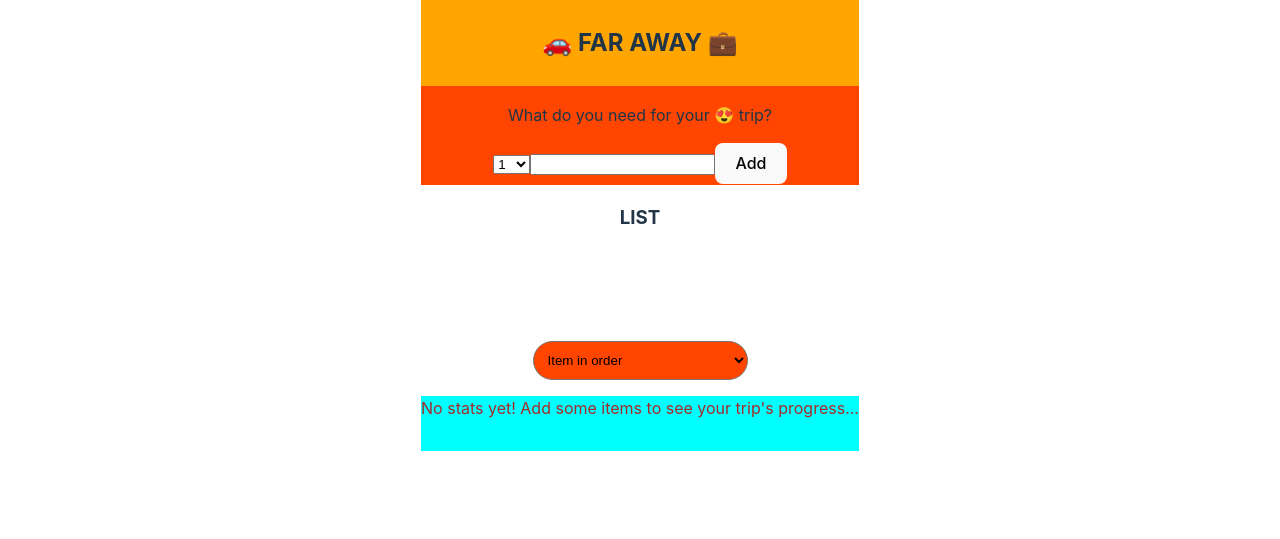
Repository: Celebration-cloud/Trip-Add-To-List
Page: /
These files come from the project's save history. The page is drawn as it stood at one moment and after the next save; the edit follows.
The browser window is 1280 px wide. The pictures show the whole page.
The project was rebuilt for these pictures with package versions that can differ from the ones it lists, and the page was loaded fresh each time. Also part of the build but not shown: vite.config.js.

Above is the page before, as saved 2023-10-29 16:10:50.

### src/App.jsx
import './App.css'
import TripList from './Trip-List/TripList'

function App() {

  return (
    <>
    <TripList/>
    </>
  )
}

export default App

### src/App.css
#root {
  margin: 0;
  padding: 0;
  text-align: center;
}

.logo {
  height: 6em;
  padding: 1.5em;
  will-change: filter;
  transition: filter 300ms;
}
.logo:hover {
  filter: drop-shadow(0 0 2em #646cffaa);
}
.logo.react:hover {
  filter: drop-shadow(0 0 2em #61dafbaa);
}

@keyframes logo-spin {
  from {
    transform: rotate(0deg);
  }
  to {
    transform: rotate(360deg);
  }
}

@media (prefers-reduced-motion: no-preference) {
  a:nth-of-type(2) .logo {
    animation: logo-spin infinite 20s linear;
  }
}

.card {
  padding: 2em;
}

.read-the-docs {
  color: #888;
}

### src/Trip-List/TripList.jsx
/* eslint-disable react/no-unescaped-entities */
/* eslint-disable react/prop-types */
import { useState } from "react";

function TripList() {
  const [addItem, setAddItem] = useState([]);

  const handleAddItem = (item) => {
    setAddItem((items) => [...items, item]);
  };
  const handleRemoveItem = (id) =>{
    setAddItem(items => items.filter(p => p.id !== id))
  }
  const handleChecked = (id) => {
    setAddItem(items => items.map(item => item.id === id ? {...item, packed: !item.packed} : item));
  };
  return (
    <div>
      <TripHead/>
      <TripForm handleAddItem={handleAddItem}/>
      <TripListForm addItem={addItem} remove={handleRemoveItem} check={handleChecked}/>
      <TripStats stats={addItem}/>
    </div>
  )
}

export default TripList

function TripHead() {
  return (
    <div style={{backgroundColor: "orange", padding: "5px"}}>
      <h2 style={{fontFamily: "inherit"}}>🚗 FAR AWAY 💼</h2>
    </div>
  )
}

function TripForm({handleAddItem}) {
  const [item, setItem] = useState({description: "", quantity: 1})

  const handleSubmit = (e) =>{
    e.preventDefault();
    if (!item.description) return;

    const newItem = {
      des: item.description,
      amount: item.quantity,
      packed: false,
      id: Date.now(),
    };

    handleAddItem(newItem);
    setItem({ description: "", quantity: 1 });
  }
  const handleInput = (e) =>{
    setItem(prev => ({...prev, description: e.target.value}))
  }
  const handleOption = (e) =>{
    setItem(prevState => ({...prevState,quantity: Number(e.target.value)}))
  }
  return (
    <div style={{ backgroundColor: "orangered", padding: "1px" }}>
      <form onSubmit={handleSubmit}>
        <span>
          <p>What do you need for your 😍 trip?</p>
          <select onChange={handleOption} value={item.quantity}>
            {Array.from({ length: 10 }, (_, i) => i + 1).map((num) => (
              <option value={num} key={num}>
                {num}
              </option>
            ))}
          </select>
          <input onChange={handleInput} value={item.description}></input>
          <button type="submit">Add</button>
        </span>
      </form>
    </div>
  );
}

function TripListForm({addItem, remove, check}) {
  const [sort, setSort] = useState("input")
  const sortingBy = (e) => {
    setSort(e.target.value);
  };
  let sorting;
  if (sort === "input") sorting = addItem;
  if (sort === "checked")
    sorting = addItem.slice().sort((a, b) => a.des.localeCompare(b.des));
  if (sort === "order")
    sorting = addItem
      .slice()
      .sort((a, b) => Number(a.packed) - Number(b.packed));

  return (
    <>
      <h3>LIST</h3>
      <ul style={{ listStyleType: "none" }}>
        <li>
          {sorting?.map((item) => (
            <>
              <input
                type="checkbox"
                value={item.packed}
                onChange={() => check(item.id)}
              />
              <span
                key={item.id}
                style={item.packed ? { textDecoration: "line-through" } : {}}
              >
                {item.amount}-{item.des}
              </span>
              <button onClick={() => remove(item.id)}>
                🚩
              </button>
            </>
          ))}
        </li>
      </ul>
      <div>
        <select onChange={sortingBy} value={sort} style={{padding: "10px 100px 10px 10px", marginTop: "90px", backgroundColor: "orangered", borderRadius: "20px"}}>
          <option value="input" style={{marginRight: "5px", backgroundColor: "brown" }}>Item in order</option>
          <option value="checked" style={{marginRight: "5px"}}>Checked Item</option>
          <option value="order" style={{marginRight: "5px"}}>Split Item</option>
        </select>
      </div>
    </>
  );
}

function TripStats({stats}) {
  if(!stats.length)
  return (
    <footer
      style={{
        backgroundColor: "aqua",
        color: "brown",
        bottom: "0%",
        height: "55px",
        width: "100%",
      }}
    >
      <p>No stats yet! Add some items to see your trip's progress...</p>
    </footer>
  );
  const total = stats.length
  const packed= stats.filter(items => items.packed).length
  const percent = Math.round((packed / total) * 100)
  return (
    <>
      {percent === 100 ? (
        <footer
          style={{
            backgroundColor: "aqua",
            color: "brown",
            bottom: "0%",
            height: "55px",
            width: "100%",
          }}
        >
          <p>You have Completed the List✈</p>
        </footer>
      ) : (
        <footer
          style={{
            backgroundColor: "aqua",
            color: "brown",
            bottom: "0%",
            height: "30px",
            width: "100%",
          }}
        >
          <p>
            You have {total} items on your list, and already packed {packed} (
            {percent}%)
          </p>
        </footer>
      )}
    </>
  );
}

Loaded but not shown: index.html (common file); src/main.jsx (common file); src/index.css (common file)

After the next save:
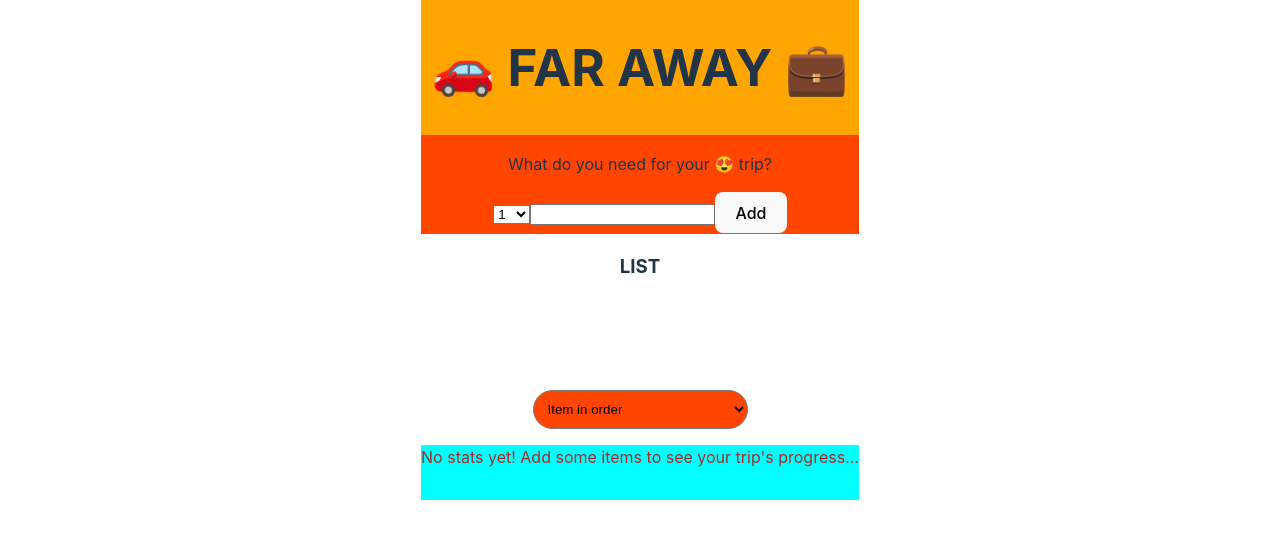
Saved 9 s later.
--- a/src/Trip-List/TripList.jsx
+++ b/src/Trip-List/TripList.jsx
@@ -29,7 +29,7 @@ export default TripList
 function TripHead() {
   return (
     <div style={{backgroundColor: "orange", padding: "5px"}}>
-      <h2 style={{fontFamily: "inherit"}}>🚗 FAR AWAY 💼</h2>
+      <h1 style={{fontFamily: "inherit"}}>🚗 FAR AWAY 💼</h1>
     </div>
   )
 }
